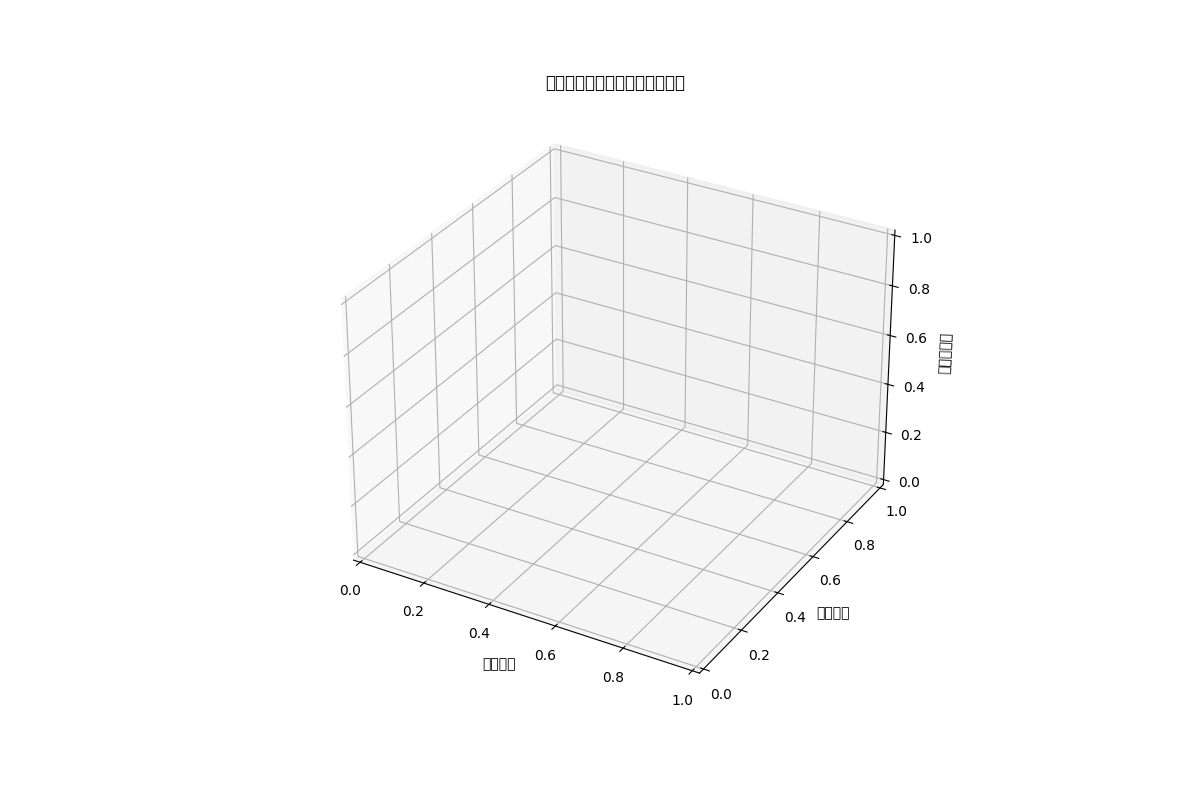
Repository: Kevinye0116/MCM
Script's output: python Coding/trial.py
An editor plug-in stored every save of this project. The script's output is shown before and after the next save, followed by the edit.
Random numbers start from a fixed seed.

Above is the script's output before, as saved 2025-01-24 16:22:20.

### Coding/trial.py
from dataclasses import dataclass
from typing import List, Tuple

import matplotlib.pyplot as plt
import numpy as np


@dataclass
class TourismSystem:
    """旅游系统状态"""

    visitors: float  # 游客数量
    environment: float  # 环境质量指数
    eco_investment: float  # 环境保护投资
    infra_cost: float  # 基础设施成本


class SustainableTourismModel:
    def __init__(self):
        # 模型参数
        self.k1 = 0.1  # 环保投资增益系数
        self.k2 = 0.05  # 游客环境损耗系数
        self.k3 = 0.02  # 自然恢复系数
        self.gamma = 0.3  # 满意度驱动的增长率
        self.delta = 0.1  # 环境恶化导致的衰减率
        self.T = 10  # 规划期限

        # 约束条件
        self.CO2_base = 1000  # 基准碳排放量
        self.waste_cap = 800  # 垃圾处理能力
        self.visitor_cap = 1.2e6  # 年游客上限

    def environment_dynamics(self, state: TourismSystem) -> float:
        """环境质量变化方程"""
        dE_dt = (
            self.k1 * state.eco_investment
            - self.k2 * state.visitors
            + self.k3 * self.get_natural_recovery_rate(state.eco_investment)
        )
        return dE_dt

    def visitor_dynamics(
        self, state: TourismSystem, satisfaction: float, E_min: float
    ) -> float:
        """游客数量变化方程"""
        V_next = state.visitors * (1 + self.gamma * satisfaction / 100) - self.delta * (
            E_min - state.environment
        )
        return max(0, min(V_next, self.visitor_cap))

    def get_natural_recovery_rate(self, eco_investment: float) -> float:
        """计算自然恢复速率"""
        base_rate = 5  # 基准恢复率
        return base_rate + 2 * (eco_investment / 1000)  # 每增加10%投资提升2%

    def calculate_emissions(
        self, visitors: float, per_capita_consumption: float
    ) -> float:
        """计算碳排放量"""
        emission_factor = 0.1  # 每单位消费的碳排放系数
        return visitors * per_capita_consumption * emission_factor

    def calculate_waste(self, visitors: float) -> float:
        """计算垃圾产生量"""
        waste_per_person = 0.5  # 人均垃圾产生量
        return visitors * waste_per_person

    def simulate_system(
        self,
        initial_state: TourismSystem,
        spending: float,  # 人均消费
        tax_rate: float,  # 人均税收
    ) -> List[TourismSystem]:
        """模拟系统演化"""
        states = [initial_state]

        for t in range(self.T):
            current = states[-1]

            # 计算环保投资和基础设施投资
            total_revenue = current.visitors * (spending + tax_rate)
            eco_investment = 0.4 * total_revenue
            infra_cost = 0.3 * total_revenue

            # 更新环境质量
            dE = self.environment_dynamics(current)
            new_E = max(0, min(100, current.environment + dE))

            # 更新游客数量
            tourist_satisfaction = 80  # 示例满意度值
            new_V = self.visitor_dynamics(current, tourist_satisfaction, 60)

            # 创建新状态
            new_state = TourismSystem(
                visitors=new_V,
                environment=new_E,
                eco_investment=eco_investment,
                infra_cost=infra_cost,
            )
            states.append(new_state)

        return states

    def evaluate_objectives(
        self, states: List[TourismSystem], spending: float, tax_rate: float
    ) -> Tuple[float, float, float]:
        """计算目标函数值"""
        # 经济收益
        total_revenue = sum(s.visitors * (spending + tax_rate) for s in states)
        total_cost = sum(s.infra_cost for s in states)
        economic_benefit = total_revenue - total_cost

        # 环境负担
        total_emissions = sum(
            self.calculate_emissions(s.visitors, spending) for s in states
        )
        total_waste = sum(self.calculate_waste(s.visitors) for s in states)
        environmental_burden = total_emissions + total_waste

        # 社会满意度 (简化计算)
        resident_satisfaction = 70  # 示例值
        tourist_satisfaction = 80  # 示例值
        social_satisfaction = sum(
            resident_satisfaction + tourist_satisfaction for _ in states
        )

        return economic_benefit, environmental_burden, social_satisfaction

    def check_constraints(
        self, states: List[TourismSystem], spending: float, tax_rate: float
    ) -> bool:
        """检查约束条件"""
        for state in states:
            # 环境承载力约束
            emissions = self.calculate_emissions(state.visitors, spending)
            waste = self.calculate_waste(state.visitors)
            if emissions > 0.7 * self.CO2_base or waste > 1.2 * self.waste_cap:
                return False

            # 社会容忍度约束
            if state.visitors > self.visitor_cap:
                return False

            # 经济可行性约束
            if spending < 200 or tax_rate > 50:
                return False

        return True


def main():
    # 创建模型实例
    model = SustainableTourismModel()

    # 初始状态
    initial_state = TourismSystem(
        visitors=500000,  # 初始游客数量
        environment=80,  # 初始环境质量
        eco_investment=1000000,  # 初始环保投资
        infra_cost=800000,  # 初始基础设施成本
    )

    # 模拟不同策略
    spending_options = [200, 300, 400]  # 人均消费方案
    tax_options = [20, 30, 40]  # 人均税收方案

    results = []
    for spending in spending_options:
        for tax in tax_options:
            states = model.simulate_system(
                initial_state=initial_state, spending=spending, tax_rate=tax
            )

            if model.check_constraints(states, spending, tax):
                objectives = model.evaluate_objectives(states, spending, tax)
                results.append((spending, tax, objectives))

    # 绘制结果
    fig = plt.figure(figsize=(12, 8))
    ax = fig.add_subplot(111, projection="3d")

    for spending, tax, (f1, f2, f3) in results:
        ax.scatter(f1, f2, f3, marker="o")

    ax.set_xlabel("经济收益")
    ax.set_ylabel("环境负担")
    ax.set_zlabel("社会满意度")
    plt.title("可持续旅游发展多目标优化结果")
    plt.show()


if __name__ == "__main__":
    main()

After the next save:
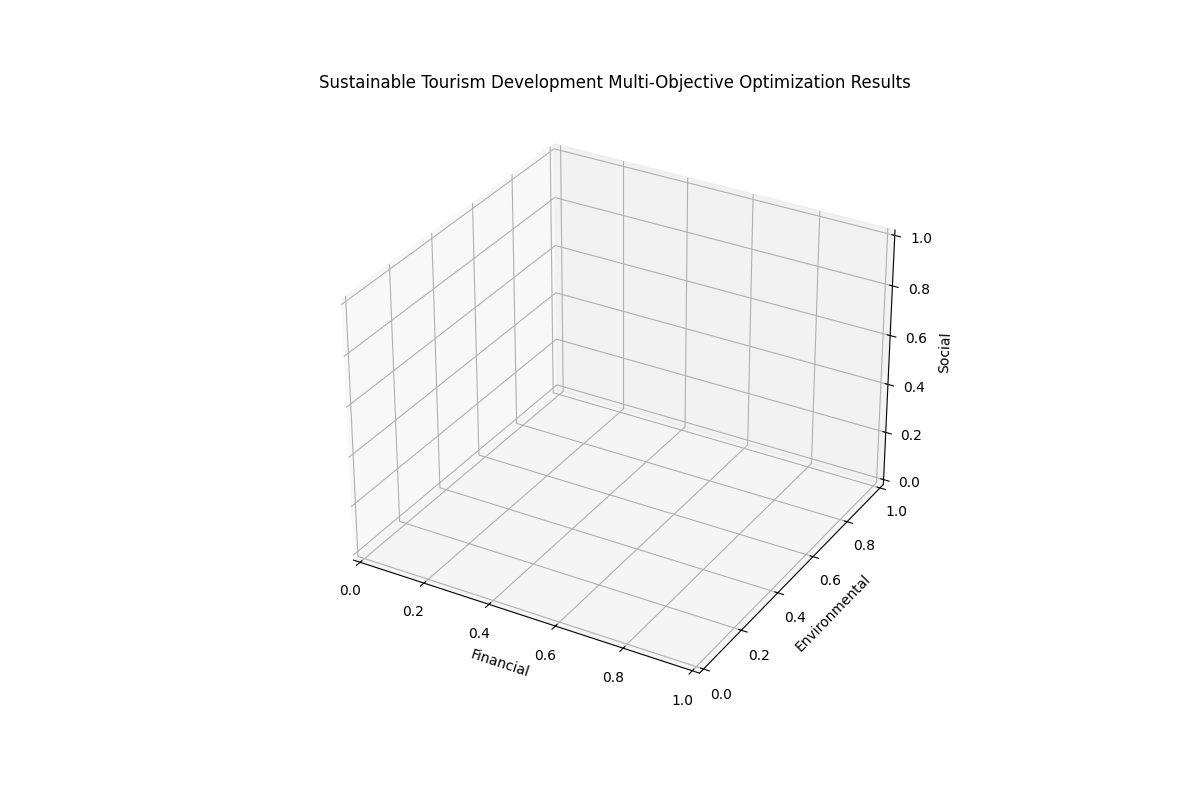
Saved 17 h 25 min later.
--- a/Coding/trial.py
+++ b/Coding/trial.py
@@ -182,10 +182,10 @@ def main():
     for spending, tax, (f1, f2, f3) in results:
         ax.scatter(f1, f2, f3, marker="o")
 
-    ax.set_xlabel("经济收益")
-    ax.set_ylabel("环境负担")
-    ax.set_zlabel("社会满意度")
-    plt.title("可持续旅游发展多目标优化结果")
+    ax.set_xlabel("Financial")
+    ax.set_ylabel("Environmental")
+    ax.set_zlabel("Social")
+    plt.title("Sustainable Tourism Development Multi-Objective Optimization Results")
     plt.show()
 
 
